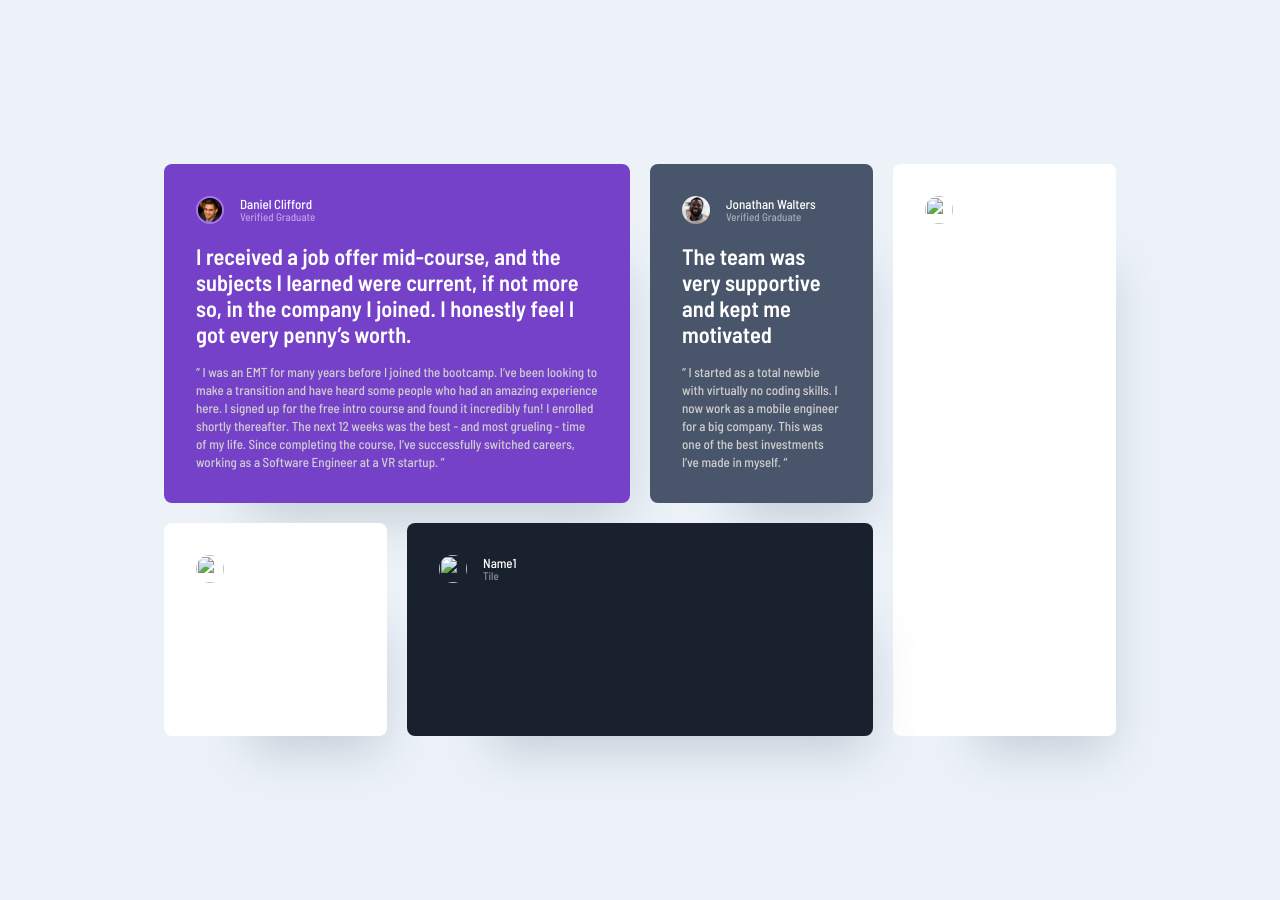
Repository: brandontaylor1/testimonial-card
Page: index.html
The author's editor kept a copy of each file at every save. The page is drawn from the files as they stood at one save, then again after the next save.
The browser window is 1280 px wide. The pictures show the whole page.

Above is the page before, as saved 2025-01-11 00:09:59.

### index.html
<!DOCTYPE html>
<html lang="en">
<head>
    <meta charset="UTF-8">
    <meta name="viewport" content="width=device-width, initial-scale=1.0">
    <link rel="preconnect" href="https://fonts.googleapis.com">
    <link rel="preconnect" href="https://fonts.gstatic.com" crossorigin>
    <link href="https://fonts.googleapis.com/css2?family=Barlow+Semi+Condensed:ital,wght@0,100;0,200;0,300;0,400;0,500;0,600;0,700;0,800;0,900;1,100;1,200;1,300;1,400;1,500;1,600;1,700;1,800;1,900&display=swap" rel="stylesheet">
    <link rel="stylesheet" href="styles.css">
    <title>Testimonial Grid </title>
</head>
<body>
    <section class="container">
        <main class="testimonial-grid">
            <div class="card" id="card-1">
                <div class="profile-content">
                    <img src="./assets/images/image-daniel.jpg" alt="profile image" class="profile-img purple">
                    <div class="profile-text">
                        <h3>Daniel Clifford</h3>
                        <p>Verified Graduate</p>
                    </div>
                </div>
                <h1 class="card-heading">I received a job offer mid-course, and the subjects I learned were current, if not more so, in the company I joined. I honestly feel I got every penny’s worth.</h1>
                <h2 class="card-subheading">“ I was an EMT for many years before I joined the bootcamp. I’ve been looking to make a transition and have heard some people who had an amazing experience here. I signed up for the free intro course and found it incredibly fun! I enrolled shortly thereafter. The next 12 weeks was the  best - and most grueling - time of my life. Since completing the course, I’ve  successfully switched careers, working as a Software Engineer at a VR startup. ”</h2>
            </div>
            <div class="card" id="card-2">
                <div class="profile-content">
                    <img src="./assets/images/image-jonathan.jpg" alt="picture of Jonathan Walters" class="profile-img">
                    <div class="profile-text">
                        <h3>Jonathan Walters</h3>
                        <p>Verified Graduate</p>
                    </div>
                </div>
                <h1 class="card-heading">The team was very supportive and kept me motivated</h1>
                <h2 class="card-subheading">“ I started as a total newbie with virtually no coding skills. I now work as a mobile engineer for a big company. This was one of the best investments I’ve made in myself. “</h2>
            </div>
            <div class="card" id="card-3">
                <div class="profile-content">
                    <img src="" alt="" class="profile-img">
                    <div class="profile-text">
                        <h3>Name1</h3>
                        <p>Tile</p>
                    </div>
                </div>
                <h1 class="card-heading"></h1>
                <h2 class="card-subheading"></h2>
            </div>
            <div class="card" id="card-4">
                <div class="profile-content">
                    <img src="" alt="" class="profile-img">
                    <div class="profile-text">
                        <h3>Name1</h3>
                        <p>Tile</p>
                    </div>
                </div>
                <h1 class="card-heading"></h1>
                <h2 class="card-subheading"></h2>
            </div>
            <div class="card" id="card-5">
                <div class="profile-content">
                    <img src="" alt="" class="profile-img">
                    <div class="profile-text">
                        <h3>Name1</h3>
                        <p>Tile</p>
                    </div>
                </div>
                <h1 class="card-heading"></h1>
                <h2 class="card-subheading"></h2>
            </div>



        </main>
    </section>
</body>
</html>

### styles.css
* {
    margin: 0;
    padding: 0;
    box-sizing: border-box;
}

:root {

    --primary-moderate-violet: hsl(263, 55%, 52%);
    --primary-very-dark-grayish-blue: hsl(217, 19%, 35%);
    --primary-very-dark-blackish-blue: hsl(219, 29%, 14%);
    --primary-white: hsl(0, 0%, 100%);

    --secondary-neurtal-light-gray: hsl(0, 0%, 81%);
    --seconday-light-grayish-blue: hsl(210, 46%, 95%);
}

body {
    background-color: #ECF2F8;
    padding: 164px;
    font-family: "Barlow Semi Condensed", sans-serif;
}

.container {
    display: flex;
    align-items: center;
    justify-content: center;
}

.testimonial-grid {
    display: grid;
    grid-template-columns: repeat(4, 1fr);
    grid-template-rows: repeat(2, 1fr);
    gap: 20px;
    height: 572px;
    width: 1110px;
}

.card {
    height: 100%;
    padding: 2rem;
    border-radius: 8px;
    box-shadow: 40px 60px 50px -47px rgba(72, 85, 106, 0.25);
}

.profile-content {
    display: flex;
    align-items: center;
    gap: 1rem;
}

.profile-text h3 {
    color: #FFF;
    font-size: 13px;
    font-style: normal;
    font-weight: 500;
    line-height: 13px; /* 100% */
}

.profile-text p {
    color: #FFF;
    font-size: 11px;
    font-style: normal;
    font-weight: 500;
    line-height: 11px; /* 100% */
    opacity: 0.5;
}

.profile-img {
    width: 28px;
    height: 28px;
    border-radius: 50%;
}

.card-heading {
    color: #FFF;
    font-size: 1.4rem;
    font-style: normal;
    font-weight: 600;
    line-height: normal;
    margin-top: 1.2rem;
}

.card-subheading {
    color: #CFCFCF;
    font-size: 13px;
    font-style: normal;
    font-weight: 500;
    line-height: 18px; /* 138.462% */
    margin-top: 1rem;
}

.purple {
    border: 2px solid #A775F1;
}

#card-1 {
    grid-column: 1 / span 2;
    border-radius: 8px;
    background-color: var(--primary-moderate-violet);
    color: var(--primary-white);
}

#card-2 {
    grid-column: 3 / span 1;
    background-color: var(--primary-very-dark-grayish-blue);
    color: var(--primary-white);

}

#card-3 {
    grid-column: 4 / span 1;
    grid-row: 1 / span 2;
    background-color: var(--primary-white);
}

#card-4 {
    grid-column: 1 / span 1;
    grid-row: 2 / span 1;
    background-color: var(--primary-white);
}

#card-5 {
    grid-column: 2 / span 2;
    grid-row: 2 / span 1;
    background-color: var(--primary-very-dark-blackish-blue);
    color: var(--primary-white);

}

After the next save:
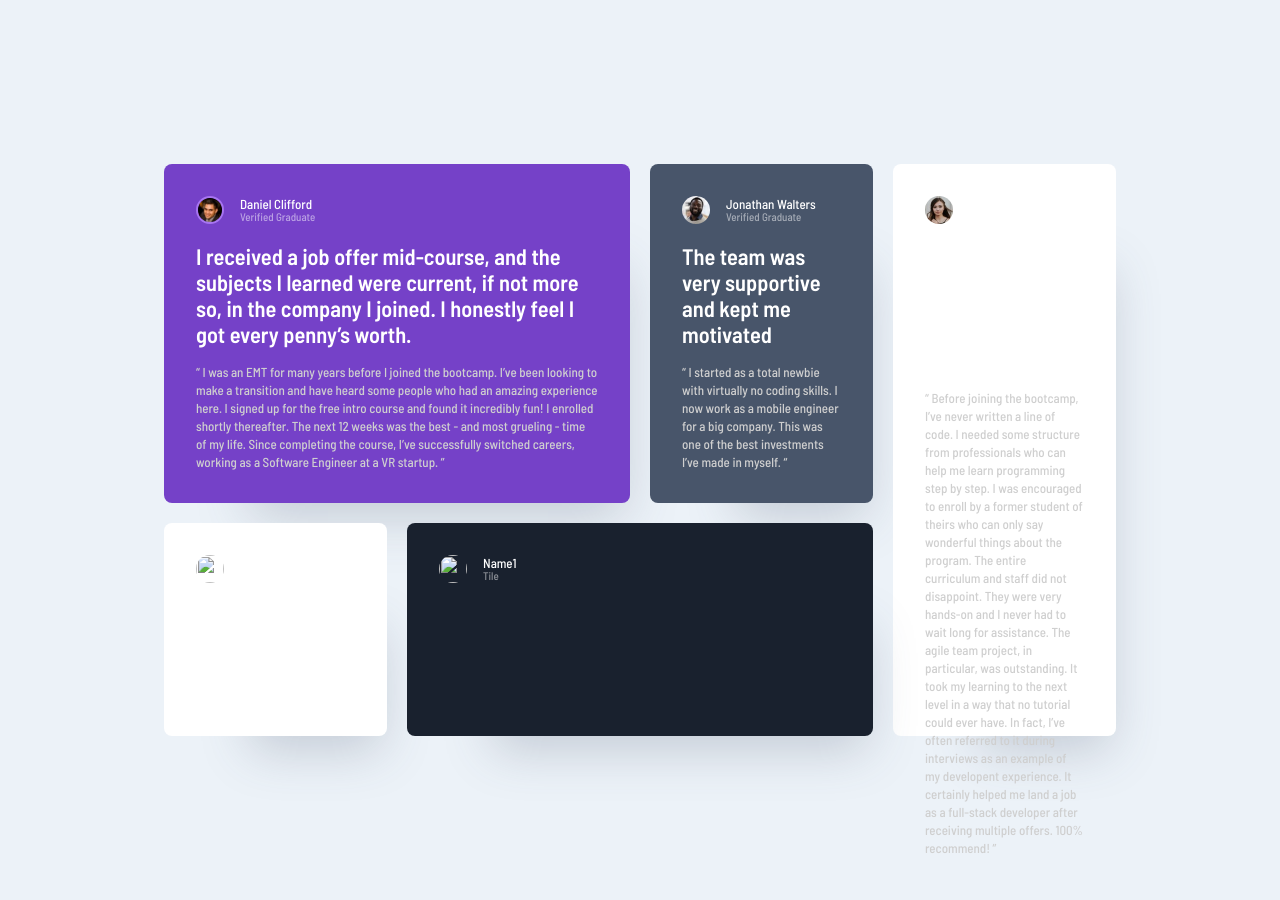
Saved 72 s later.
--- a/index.html
+++ b/index.html
@@ -36,14 +36,14 @@
             </div>
             <div class="card" id="card-3">
                 <div class="profile-content">
-                    <img src="" alt="" class="profile-img">
+                    <img src="./assets/images/image-kira.jpg" alt="picture of Kira Whittle" class="profile-img">
                     <div class="profile-text">
-                        <h3>Name1</h3>
-                        <p>Tile</p>
+                        <h3>Kira Whittle</h3>
+                        <p>Verified Graduate</p>
                     </div>
                 </div>
-                <h1 class="card-heading"></h1>
-                <h2 class="card-subheading"></h2>
+                <h1 class="card-heading">Such a life-changing experience. Highly recommended!</h1>
+                <h2 class="card-subheading">“ Before joining the bootcamp, I’ve never written a line of code. I needed some structure from professionals who can help me learn programming step by step. I was encouraged to enroll by a former student of theirs who can only say wonderful things about the program. The entire curriculum and staff did not disappoint. They were very hands-on and I never had to wait long for assistance. The agile team project, in particular, was outstanding. It took my learning to the next level in a way that no tutorial could ever have. In fact, I’ve often referred to it during interviews as an example of my developent experience. It certainly helped me land a job as a full-stack developer after receiving multiple offers. 100% recommend!  ”</h2>
             </div>
             <div class="card" id="card-4">
                 <div class="profile-content">
